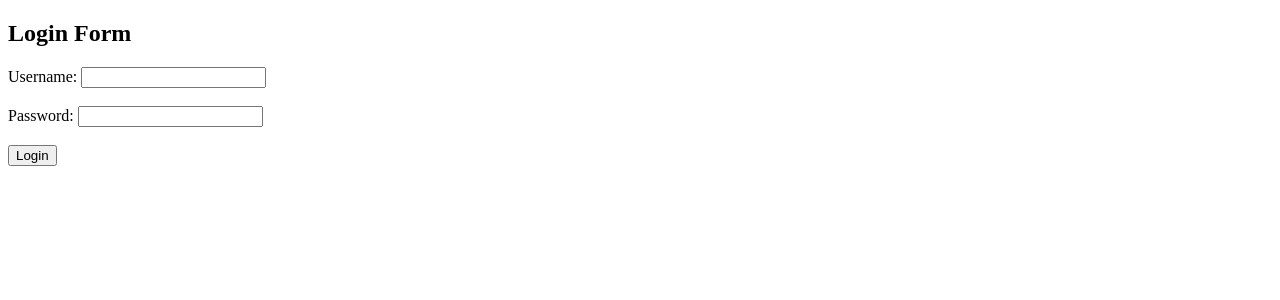
Repository: v-vek-kannan/servlets
Page: http://localhost/food/
An editor plug-in stored every save of this project. The page is shown before and after the next save, followed by the edit.
The browser window is 1280 px wide. The pictures show the whole page.
The page is served by Tomcat 9. Other server files are loaded and not shown.

Above is the page before, as saved 2025-04-25 07:04:42.

### food/src/main/webapp/index.jsp
<!DOCTYPE html>
<html>
<head>
    <title>Login Page</title>
</head>
<body>
    <h2>Login Form</h2>
    <form action="login" method="post">
        Username: <input type="text" name="username" required><br><br>
        Password: <input type="password" name="password" required><br><br>
        <input type="submit" value="Login">
    </form>
</body>
</html>

After the next save:
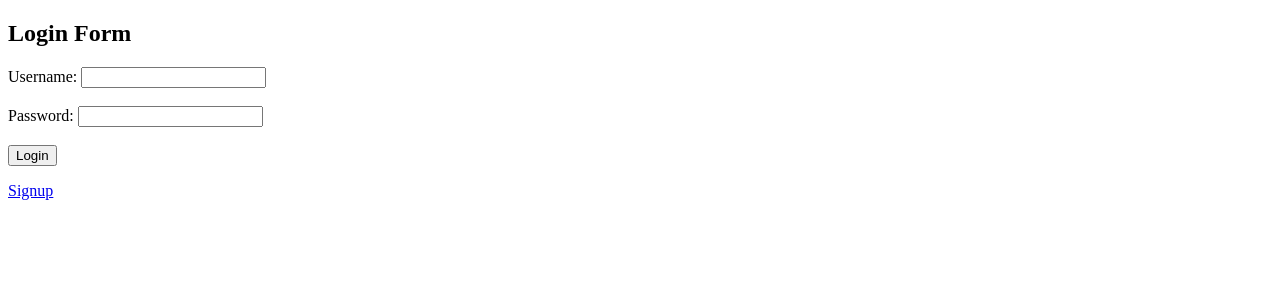
Saved 3 min 37 s later.
--- a/food/src/main/webapp/index.jsp
+++ b/food/src/main/webapp/index.jsp
@@ -10,5 +10,6 @@
         Password: <input type="password" name="password" required><br><br>
         <input type="submit" value="Login">
     </form>
+    <p><a href="signup.jsp">Signup</a></p>
 </body>
 </html>
